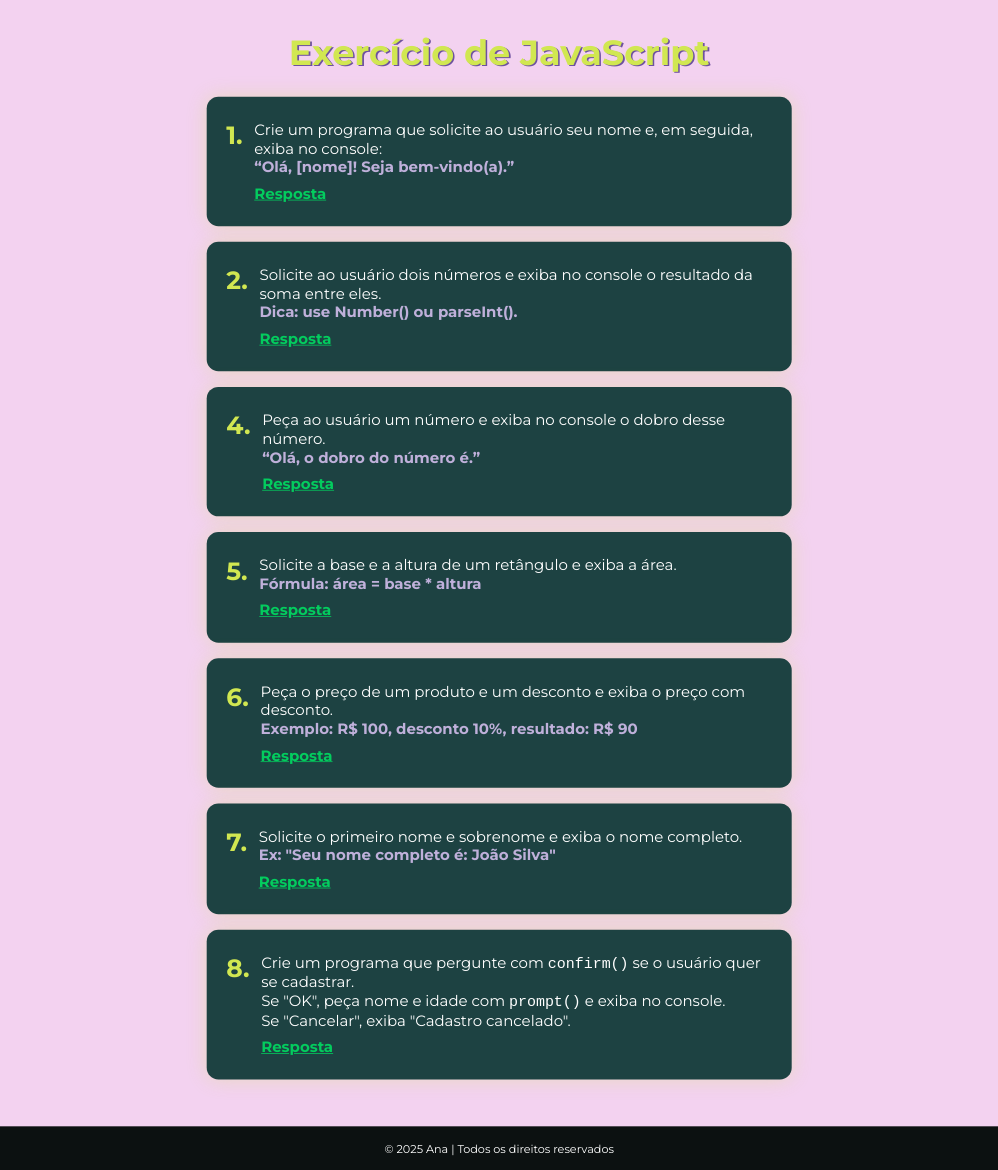
Repository: Anajaraa/atividadeJS
Page: index.html
These files come from the project's save history. The page is drawn as it stood at one moment and after the next save; the edit follows.
The browser window is 1280 px wide. The pictures show the whole page, at 78% of full size.
Some web fonts or font styles are not loaded; a fallback is used.

Above is the page before, as saved 2025-08-05 12:39:29.

After the next save:
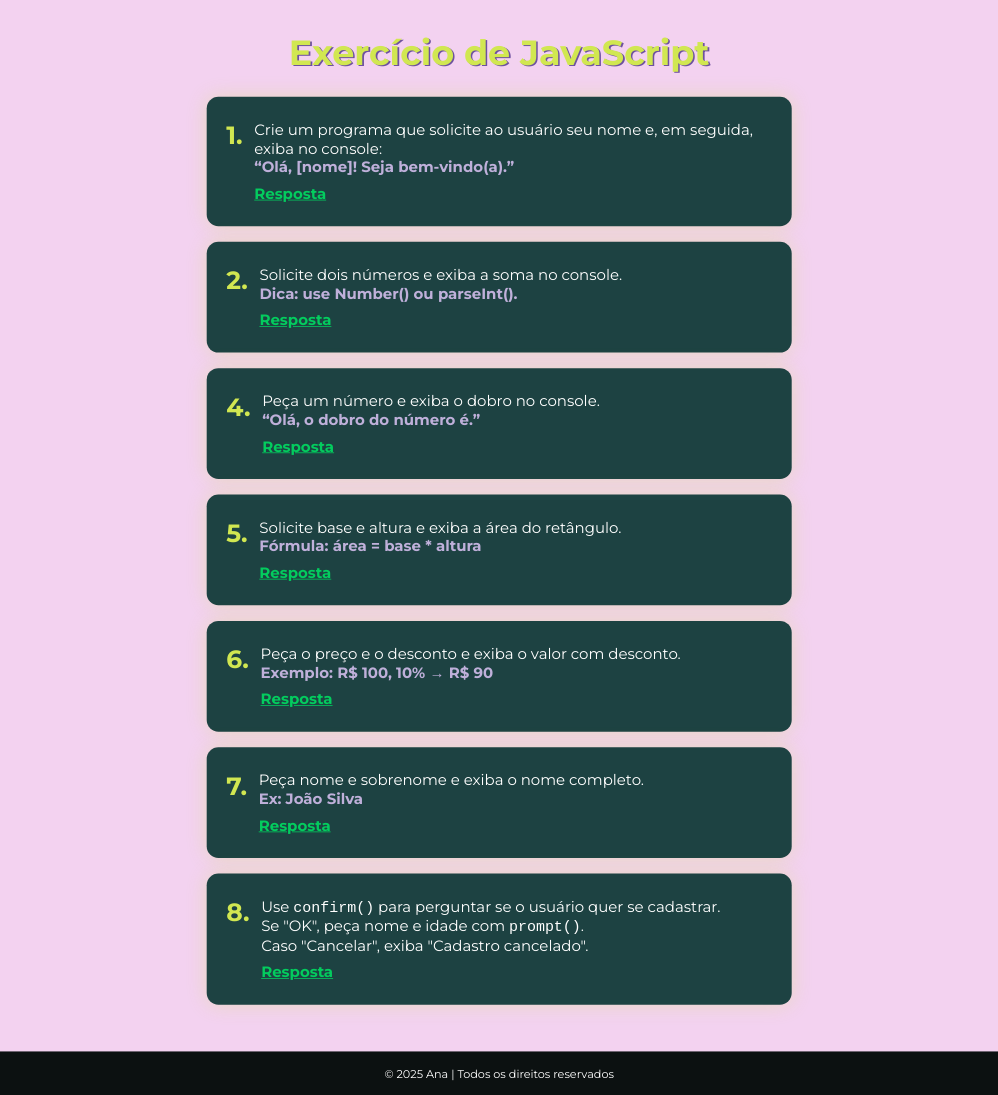
Saved 2 min 59 s later.
--- a/index.html
+++ b/index.html
@@ -16,11 +16,11 @@
       <div class="descricao">
         <p>Crie um programa que solicite ao usuário seu nome e, em seguida, exiba no console:<br>
         <strong>“Olá, [nome]! Seja bem-vindo(a).”</strong></p>
-        <span class="resposta-btn" onclick="toggleResposta(1)">Resposta</span>
+        <span class="resposta-btn" data-id="1">Resposta</span>
       </div>
     </section>
     <section class="card resposta-card" id="resposta-1">
-      <pre><code>const nome = prompt("Digite seu nome:");
+<pre><code>const nome = prompt("Digite seu nome:");
 console.log(`Olá, ${nome}! Seja bem-vindo(a).`);</code></pre>
     </section>
 
@@ -28,13 +28,13 @@
     <section class="card">
       <p class="numero">2.</p>
       <div class="descricao">
-        <p>Solicite ao usuário dois números e exiba no console o resultado da soma entre eles.<br>
+        <p>Solicite dois números e exiba a soma no console.<br>
         <strong>Dica: use Number() ou parseInt().</strong></p>
-        <span class="resposta-btn" onclick="toggleResposta(2)">Resposta</span>
+        <span class="resposta-btn" data-id="2">Resposta</span>
       </div>
     </section>
     <section class="card resposta-card" id="resposta-2">
-      <pre><code>const num1 = prompt("Digite um número:");
+<pre><code>const num1 = prompt("Digite um número:");
 const num2 = prompt("Digite outro número:");
 const soma = parseInt(num1) + parseInt(num2);
 alert(`A soma dos números é: ${soma}`);</code></pre>
@@ -44,13 +44,13 @@
     <section class="card">
       <p class="numero">4.</p>
       <div class="descricao">
-        <p>Peça ao usuário um número e exiba no console o dobro desse número.<br>
+        <p>Peça um número e exiba o dobro no console.<br>
         <strong>“Olá, o dobro do número é.”</strong></p>
-        <span class="resposta-btn" onclick="toggleResposta(4)">Resposta</span>
+        <span class="resposta-btn" data-id="4">Resposta</span>
       </div>
     </section>
     <section class="card resposta-card" id="resposta-4">
-      <pre><code>const num = prompt("Digite um número:");
+<pre><code>const num = prompt("Digite um número:");
 const doub = parseInt(num) * 2;
 alert(`O dobro do número é: ${doub}`);</code></pre>
     </section>
@@ -59,13 +59,13 @@
     <section class="card">
       <p class="numero">5.</p>
       <div class="descricao">
-        <p>Solicite a base e a altura de um retângulo e exiba a área.<br>
+        <p>Solicite base e altura e exiba a área do retângulo.<br>
         <strong>Fórmula: área = base * altura</strong></p>
-        <span class="resposta-btn" onclick="toggleResposta(5)">Resposta</span>
+        <span class="resposta-btn" data-id="5">Resposta</span>
       </div>
     </section>
     <section class="card resposta-card" id="resposta-5">
-      <pre><code>const base = prompt("Digite a base:");
+<pre><code>const base = prompt("Digite a base:");
 const altura = prompt("Digite a altura:");
 const area = parseFloat(base) * parseFloat(altura);
 console.log(`A área do retângulo é: ${area}`);</code></pre>
@@ -75,13 +75,13 @@
     <section class="card">
       <p class="numero">6.</p>
       <div class="descricao">
-        <p>Peça o preço de um produto e um desconto e exiba o preço com desconto.<br>
-        <strong>Exemplo: R$ 100, desconto 10%, resultado: R$ 90</strong></p>
-        <span class="resposta-btn" onclick="toggleResposta(6)">Resposta</span>
+        <p>Peça o preço e o desconto e exiba o valor com desconto.<br>
+        <strong>Exemplo: R$ 100, 10% → R$ 90</strong></p>
+        <span class="resposta-btn" data-id="6">Resposta</span>
       </div>
     </section>
     <section class="card resposta-card" id="resposta-6">
-      <pre><code>const preco = prompt("Digite o preço do produto:");
+<pre><code>const preco = prompt("Digite o preço:");
 const desconto = prompt("Digite o desconto (%):");
 const precoDesconto = parseFloat(preco) - (parseFloat(preco) * parseFloat(desconto) / 100);
 console.log(`O preço com desconto é: ${precoDesconto}`);</code></pre>
@@ -91,13 +91,13 @@
     <section class="card">
       <p class="numero">7.</p>
       <div class="descricao">
-        <p>Solicite o primeiro nome e sobrenome e exiba o nome completo.<br>
-        <strong>Ex: "Seu nome completo é: João Silva"</strong></p>
-        <span class="resposta-btn" onclick="toggleResposta(7)">Resposta</span>
+        <p>Peça nome e sobrenome e exiba o nome completo.<br>
+        <strong>Ex: João Silva</strong></p>
+        <span class="resposta-btn" data-id="7">Resposta</span>
       </div>
     </section>
     <section class="card resposta-card" id="resposta-7">
-      <pre><code>const nome = prompt("Digite seu nome:");
+<pre><code>const nome = prompt("Digite seu nome:");
 const sobrenome = prompt("Digite seu sobrenome:");
 console.log(`Seu nome completo é: ${nome} ${sobrenome}`);</code></pre>
     </section>
@@ -106,15 +106,14 @@
     <section class="card">
       <p class="numero">8.</p>
       <div class="descricao">
-        <p>Crie um programa que pergunte com <code>confirm()</code> se o usuário quer se cadastrar.<br>
-        Se "OK", peça nome e idade com <code>prompt()</code> e exiba no console.<br>
-        Se "Cancelar", exiba "Cadastro cancelado".</p>
-        <span class="resposta-btn" onclick="toggleResposta(8)">Resposta</span>
+        <p>Use <code>confirm()</code> para perguntar se o usuário quer se cadastrar.<br>
+        Se "OK", peça nome e idade com <code>prompt()</code>.<br>
+        Caso "Cancelar", exiba "Cadastro cancelado".</p>
+        <span class="resposta-btn" data-id="8">Resposta</span>
       </div>
     </section>
     <section class="card resposta-card" id="resposta-8">
-      <pre><code>const desejaCadastrar = confirm("Você deseja se cadastrar no site?");
-
+<pre><code>const desejaCadastrar = confirm("Você deseja se cadastrar no site?");
 if (desejaCadastrar) {
   const nome = prompt("Digite seu nome completo:");
   const idade = prompt("Digite sua idade:");
@@ -125,19 +124,12 @@
   console.log("Cadastro cancelado pelo usuário.");
 }</code></pre>
     </section>
-
   </main>
 
   <footer>
     © 2025 Ana | Todos os direitos reservados
   </footer>
 
-  <script>
-
-    function toggleResposta(numero) {
-      const resposta = document.getElementById("resposta-" + numero);
-      resposta.style.display = resposta.style.display === "flex" ? "none" : "flex";
-    }
-  </script>
+  <script src="script.js"></script>
 </body>
 </html>
